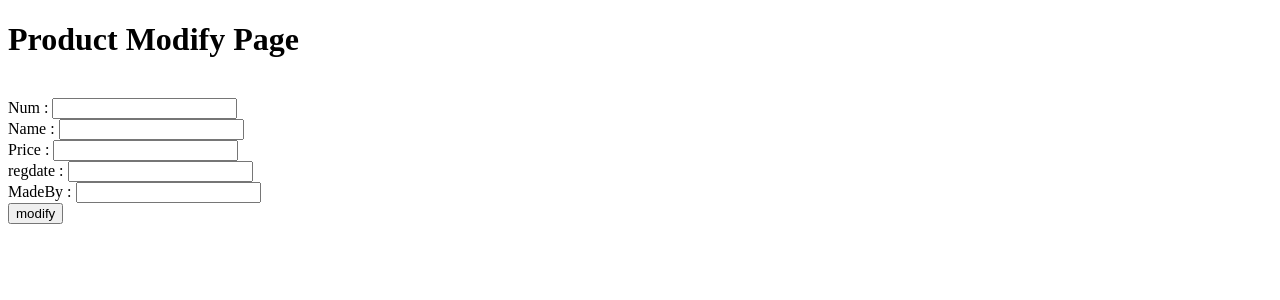
Repository: novemberjj/jsp
Page: http://localhost/jsp_study/modify.jsp
These files come from the project's save history. The page is drawn as it stood at one moment and after the next save; the edit follows.
The browser window is 1280 px wide. The pictures show the whole page.
The page is served by Tomcat 9. Other server files are loaded and not shown.

Above is the page before, as saved 2023-05-11 05:41:54.

### jsp_project1/jsp_study/src/main/webapp/modify.jsp
<%@ page language="java" contentType="text/html; charset=UTF-8"
    pageEncoding="UTF-8"%>
<!DOCTYPE html>
<html>
<head>
<meta charset="UTF-8">
<title>Insert title here</title>
</head>
<body>
	<h1>Product Modify Page</h1> <br>
	<form action="/modify.pd" method="post">
		Num : <input type="text" name="pno"> <br>
		Name : <input type="text" name="pname"> <br>
		Price : <input type="text" name="price"> <br>
		regdate : <input type="text" name="regdate"> <br>
		MadeBy : <input type="text" name="madeby"> <br>

		<button type="submit">modify</button>
	</form>
</body>
</html>

After the next save:
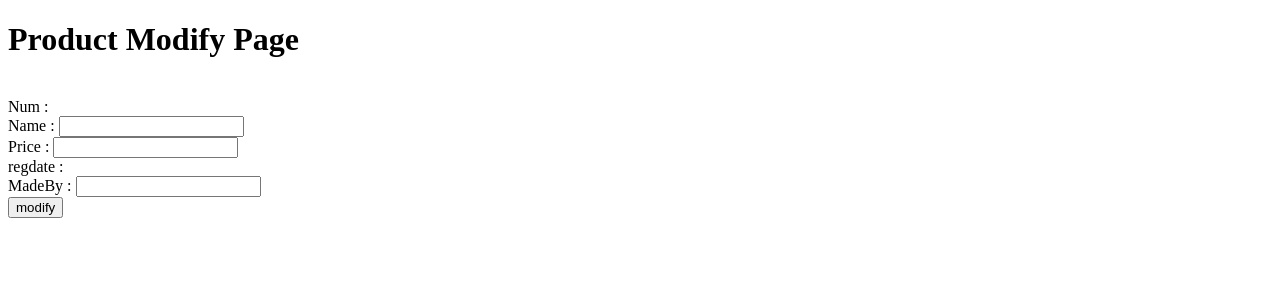
Saved 75 s later.
--- a/jsp_project1/jsp_study/src/main/webapp/modify.jsp
+++ b/jsp_project1/jsp_study/src/main/webapp/modify.jsp
@@ -9,10 +9,10 @@
 <body>
 	<h1>Product Modify Page</h1> <br>
 	<form action="/modify.pd" method="post">
-		Num : <input type="text" name="pno"> <br>
+		Num : ${param.pno } <br>
 		Name : <input type="text" name="pname"> <br>
 		Price : <input type="text" name="price"> <br>
-		regdate : <input type="text" name="regdate"> <br>
+		regdate : ${param.regdate } <br>
 		MadeBy : <input type="text" name="madeby"> <br>
 
 		<button type="submit">modify</button>
